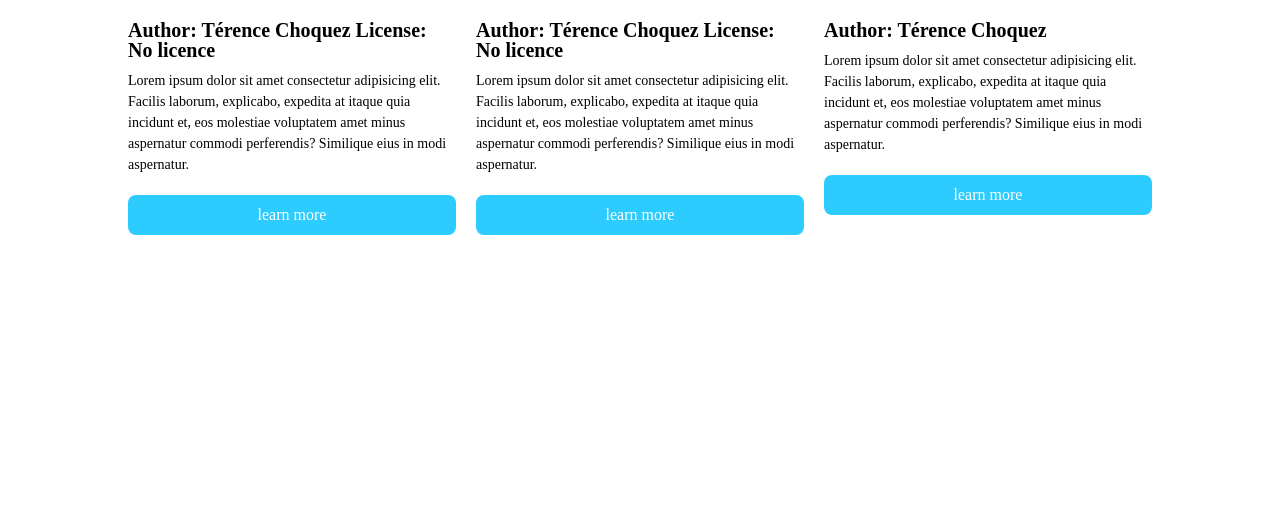
Repository: dinhhaidh/subgrid
Page: index.html
The author's editor kept a copy of each file at every save. The page is drawn from the files as they stood at one save, then again after the next save.
The browser window is 1280 px wide. The pictures show the part of the page from y = 220 to 740 px (the page is 740 px tall).

Above is the page before, as saved 2024-01-08 15:26:39.

After the next save:
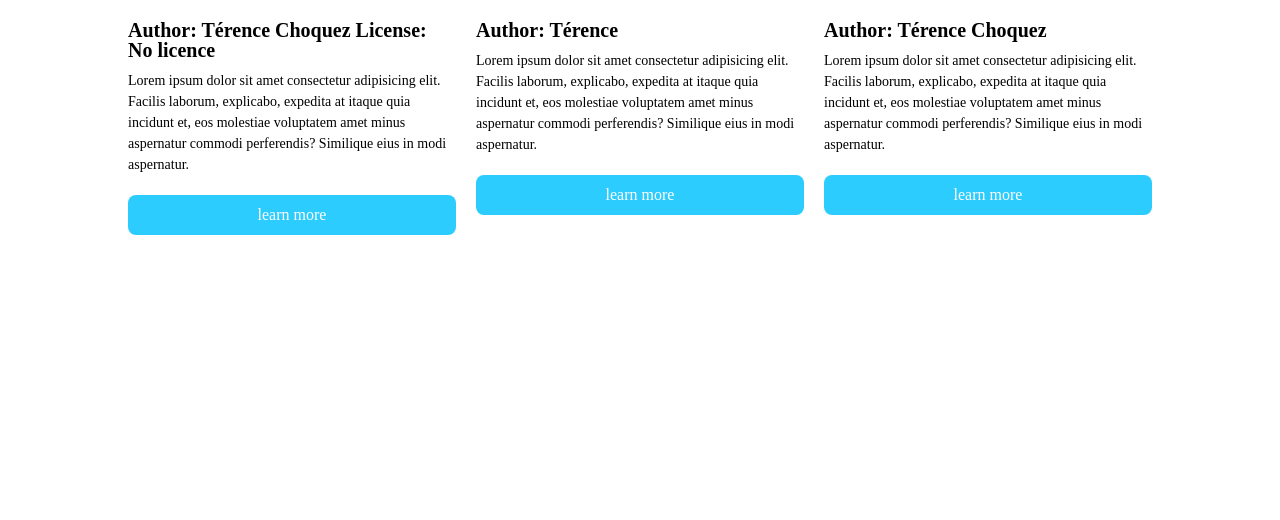
Saved 36 s later.
--- a/index.html
+++ b/index.html
@@ -21,7 +21,7 @@
             <div class="card-image">
                 <img src="https://images.unsplash.com/photo-1506946526854-9aad1ec915cb?q=80&w=1887&auto=format&fit=crop&ixlib=rb-4.0.3&ixid=M3wxMjA3fDB8MHxwaG90by1wYWdlfHx8fGVufDB8fHx8fA%3D%3D" alt="">
             </div>
-            <h3 class="card-title">Author: Térence Choquez License: No licence</h3>
+            <h3 class="card-title">Author: Térence </h3>
             <p class="card-desc">Lorem ipsum dolor sit amet consectetur adipisicing elit. Facilis laborum, explicabo, expedita at itaque quia incidunt et, eos molestiae voluptatem amet minus aspernatur commodi perferendis? Similique eius in modi aspernatur.
             </p>
             <a href="#" class="card-more">learn more</a>
